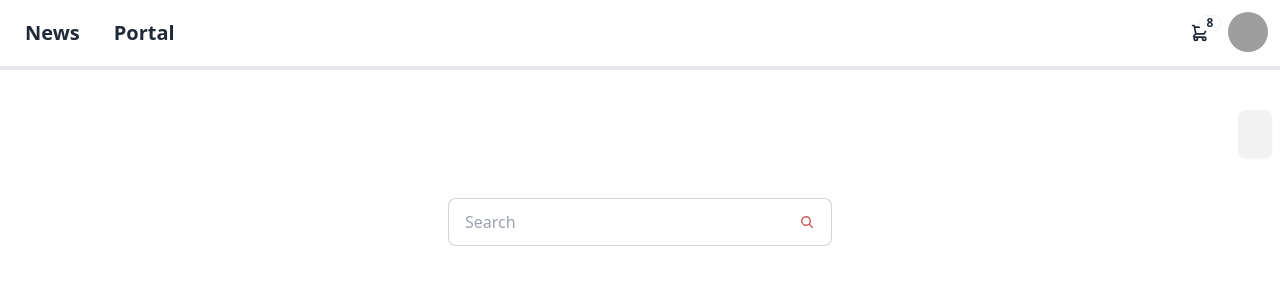
Repository: RudrasahaDibos/news-portal
Page: index.html
These files come from the project's save history. The page is drawn as it stood at one moment and after the next save; the edit follows.
The browser window is 1280 px wide. The pictures show the whole page.
Pictures or frames that could not be fetched are drawn as grey boxes. The page's requests for data from a server got no answer. Some web libraries are served in a nearby version.

Above is the page before, as saved 2024-11-23 18:09:46.

After the next save:
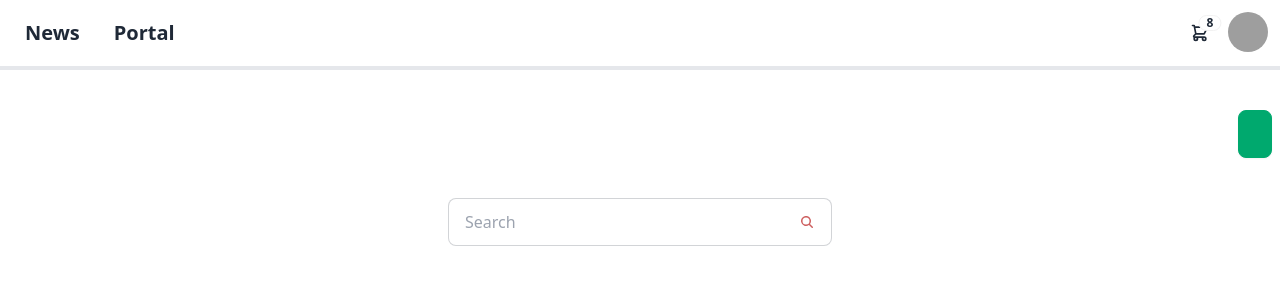
Saved 5 s later.
--- a/index.html
+++ b/index.html
@@ -109,7 +109,7 @@
 
                       </ul>
                     </div>
-                     <button class="btn btn-pri"></button>
+                     <button class="btn btn-success"></button>
                   </div>
                   <!-- 2nd end here -->
 
